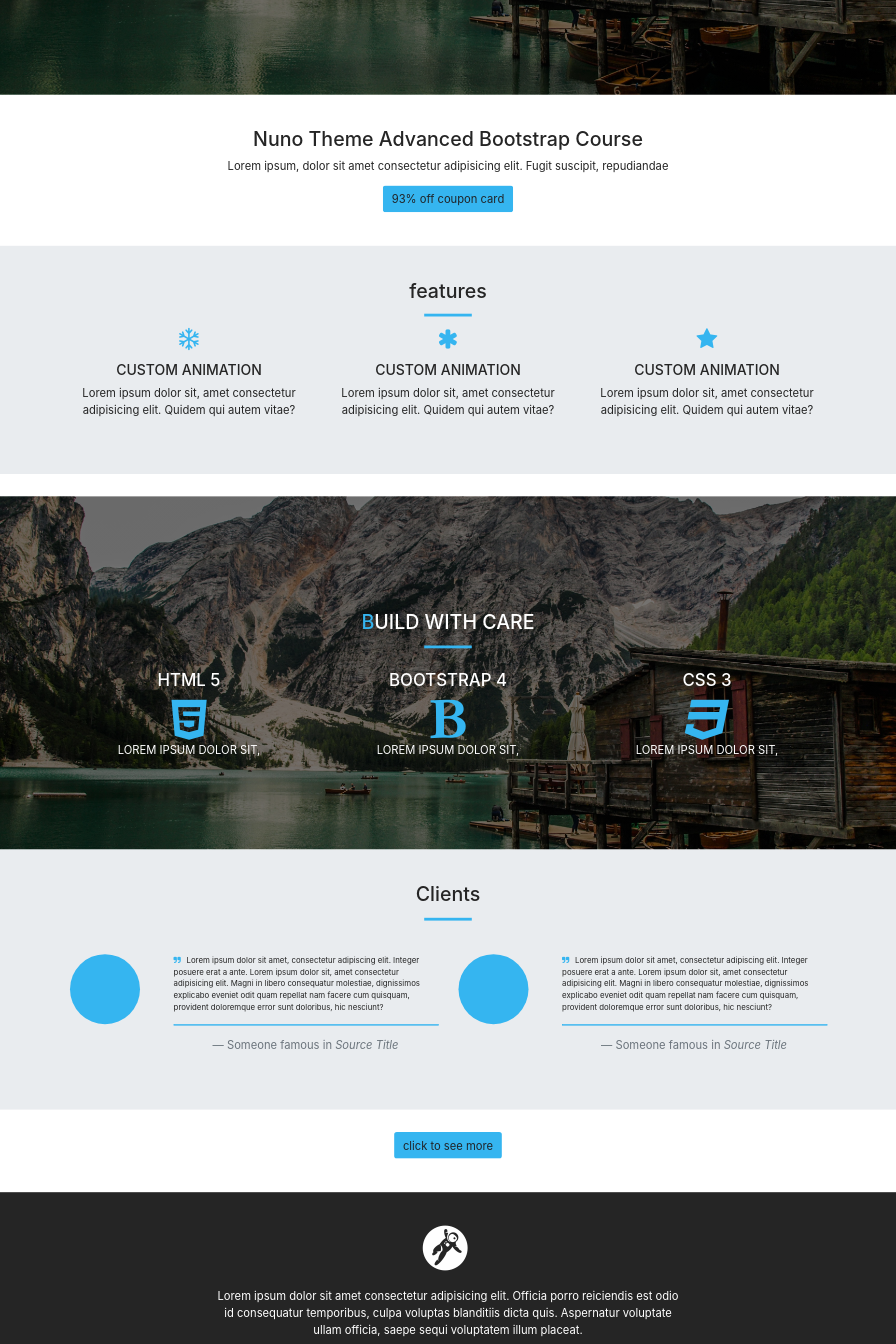
Repository: Mietlicha/bootstrap_template_exercise
Page: index.html
These files come from the project's save history. The page is drawn as it stood at one moment and after the next save; the edit follows.
The browser window is 1280 px wide. The pictures show the part of the page from y = 513 to 2433 px (the page is 2657 px tall), at 70% of full size.
Backgrounds fixed to the window are drawn as part of the page.

Above is the page before, as saved 2019-11-20 16:46:44.

### index.html
<!DOCTYPE html>
<html lang="en">

<head>
    <meta charset="UTF-8">
    <meta name="viewport" content="width=device-width, initial-scale=1.0">
    <meta http-equiv="X-UA-Compatible" content="ie=edge">
    <title>Bootstrap template</title>
    <link rel="stylesheet" href="https://stackpath.bootstrapcdn.com/bootstrap/4.3.1/css/bootstrap.min.css"
        integrity="sha384-ggOyR0iXCbMQv3Xipma34MD+dH/1fQ784/j6cY/iJTQUOhcWr7x9JvoRxT2MZw1T" crossorigin="anonymous">
    <link rel="stylesheet" href="style.css">
    <link rel="stylesheet" href="https://cdnjs.cloudflare.com/ajax/libs/font-awesome/4.7.0/css/font-awesome.min.css">
</head>

<body data-spy="scroll" data-target="#main-nav">
    <!--------------------nav/home-------------------------------------------------------------------->
    <nav id="main-nav" class="navbar navbar-expand-md navbar-dark bg-dark font-weight-bold fixed-top">
        <a class="navbar-brand" href="#"><i class="fa fa-grav mr-2" aria-hidden="true"></i>Nuno</a>
        <button class="navbar-toggler" type="button" data-toggle="collapse" data-target="#navbarSupportedContent"
            aria-controls="navbarSupportedContent" aria-expanded="false" aria-label="Toggle navigation">
            <span class="navbar-toggler-icon"></span>
        </button>

        <div class="collapse navbar-collapse" id="navbarSupportedContent">
            <ul class="navbar-nav ml-auto">
                <li class="nav-item">
                    <a class="nav-link" href="#home">Home</a>
                </li>
                <li class="nav-item">
                    <a class="nav-link" href="#course">Course</a>
                </li>
                <li class="nav-item">
                    <a class="nav-link" href="#feature">Features</a>
                </li>
                <li class="nav-item">
                    <a class="nav-link" href="#resources">Resorses</a>
                </li>
                <li class="nav-item">
                    <a class="nav-link" href="#client">Client</a>
                </li>
                <li class="nav-item">
                    <a class="nav-link" href="#contact">Contact</a>
                </li>
        </div>
    </nav>
<!--------------------main----------------------------------------------------------------->
<main>
    <!--------------------home-------------------->
    <section id="home">
        <div class="home--landing-page">
        </div>
        <div class="home--caption">
            <h1>Welcome to Nuno</h1>
            <h3>Udemy bootstrap course</h3>
        </div>
    </section>

    <!--------------------corse-------------------->
    <section id="course" class="container text-center mt-5 mb-5">
        <header><h3>Nuno Theme Advanced Bootstrap Course</h3></header>
        <p>Lorem ipsum, dolor sit amet consectetur adipisicing elit. Fugit suscipit, repudiandae
        </p>
        <a href="#" class="btn btn-md" target="_blnk">93% off coupon card</a>
    </section>
    <!--------------------feature-------------------->
    <section id="feature">
        <div class="jumbotron jumbotron-fluid text-center pt-5">
            <header><h3>features</h3></header>
            <hr>
            <div class="container d-md-flex">
                <div class="feature-item col-md-4">
                    <i class="fa fa-snowflake-o" aria-hidden="true"></i>
                    <h5 class="pt-3">custom animation</h5>
                    <p>Lorem ipsum dolor sit, amet consectetur adipisicing elit. Quidem qui autem vitae?</p>
                </div>
                <div class="feature-item col-md-4">
                        <i class="fa fa-asterisk" aria-hidden="true"></i>
                        <h5 class="pt-3">custom animation</h5>
                        <p>Lorem ipsum dolor sit, amet consectetur adipisicing elit. Quidem qui autem vitae?</p>
                </div>
                <div class="feature-item col-md-4">
                        <i class="fa fa-star" aria-hidden="true"></i>
                        <h5 class="pt-3">custom animation</h5>
                        <p>Lorem ipsum dolor sit, amet consectetur adipisicing elit. Quidem qui autem vitae?</p>
                </div>
            </div>
        </div>
    </section>
    <!--------------------Resourses-------------------->
    <section id="resources">
        <div class="bcg"></div>
        <div class="home--caption">
            <header><h3 class="text-center">Build with care</h3></header>
            <hr>
            <div class="container d-md-flex text-center">
                <div class="resources-item col-md-4">
                    <h5 class="pt-3">Html 5</h5>
                    <i class="fa fa-html5" aria-hidden="true"></i>
                    <p>Lorem ipsum dolor sit,</p>
                </div>
                <div class="resources-item col-md-4">
                    <h5 class="pt-3">Bootstrap 4</h5>
                    <i class="fa fa-bold" aria-hidden="true"></i>
                    <p>Lorem ipsum dolor sit,</p>
                </div>
                <div class="resources-item col-md-4">
                    <h5 class="pt-3">CSS 3</h5>
                    <i class="fa fa-css3" aria-hidden="true"></i>
                    <p>Lorem ipsum dolor sit,</p>
                </div>
            </div>
        </div>
    </section>
    <!--------------------Client-------------------->
    <section id="client">
        <section class="jumbotron jumbotron-fluid text-center pt-5">
            <header><h3>Clients</h3></header>
            <hr class="client__main-hr mb-5">
            <div class="container d-md-flex">
                <div class="client-item col-md-6 d-flex">
                    <div class="foto mr-5"></div>
                    <blockquote class="blockquote">
                        <p class="mb-0 text-left">Lorem ipsum dolor sit amet, consectetur adipiscing elit. Integer posuere erat a ante. Lorem ipsum dolor sit, amet consectetur adipisicing elit. Magni in libero consequatur molestiae, dignissimos explicabo eveniet odit quam repellat nam facere cum quisquam, provident doloremque error sunt doloribus, hic nesciunt?</p>
                        <hr class="client__blockquote-hr text-left">
                        <footer class="blockquote-footer">Someone famous in <cite title="Source Title">Source Title</cite></footer>
                    </blockquote>
                </div>
                <div class="client-item col-md-6 d-flex mt-4 mt-md-0">
                    <div class="foto mr-5"></div>
                    <blockquote class="blockquote">
                        <p class="mb-0 text-left">Lorem ipsum dolor sit amet, consectetur adipiscing elit. Integer posuere erat a ante. Lorem ipsum dolor sit, amet consectetur adipisicing elit. Magni in libero consequatur molestiae, dignissimos explicabo eveniet odit quam repellat nam facere cum quisquam, provident doloremque error sunt doloribus, hic nesciunt?</p>
                        <hr class="client__blockquote-hr text-left">
                        <footer class="blockquote-footer">Someone famous in <cite title="Source Title">Source Title</cite></footer>
                    </blockquote>
                </div>
            </div>
        </section>
        <aside class="text-center">
            <a class="btn btn-md" data-toggle="collapse" href="#collapseExample" role="button" aria-expanded="false" aria-controls="collapseExample">click to see more</a>
            <p class="collapse" id="collapseExample">Lorem ipsum dolor sit amet, consectetur adipisicing elit. Perspiciatis, molestiae.</p>
        </aside>
    </section>
    <!--------------------footer-------------------->
    <footer id="contact" class="text-center mt-5 pt-5 pb-5">
        <i class="fa fa-grav mr-2" aria-hidden="true"></i>
        </p><p class="col-md-6">Lorem ipsum dolor sit amet consectetur adipisicing elit. Officia porro reiciendis est odio id consequatur temporibus, culpa voluptas blanditiis dicta quis. Aspernatur voluptate ullam officia, saepe sequi voluptatem illum placeat.</p>
        <address>
            <p>
            Anna Kubiak<br>
            Stysia 41<br>
            Wrocław 303<br>
            </p>
        </address>
        <div class="socials d-flex justify-content-center">
            <i class="fa fa-facebook-square" aria-hidden="true"></i>
            <i class="fa fa-twitter-square" aria-hidden="true"></i>
            <i class="fa fa-youtube-square" aria-hidden="true"></i>
        </div>
        <hr>
        <small>copyright &copy; Anna Kubiak 2019</small>
    </footer>
</main>

    <script src="https://code.jquery.com/jquery-3.3.1.slim.min.js"
        integrity="sha384-q8i/X+965DzO0rT7abK41JStQIAqVgRVzpbzo5smXKp4YfRvH+8abtTE1Pi6jizo"
        crossorigin="anonymous"></script>
    <script src="https://cdnjs.cloudflare.com/ajax/libs/popper.js/1.14.7/umd/popper.min.js"
        integrity="sha384-UO2eT0CpHqdSJQ6hJty5KVphtPhzWj9WO1clHTMGa3JDZwrnQq4sF86dIHNDz0W1"
        crossorigin="anonymous"></script>
    <script src="https://stackpath.bootstrapcdn.com/bootstrap/4.3.1/js/bootstrap.min.js"
        integrity="sha384-JjSmVgyd0p3pXB1rRibZUAYoIIy6OrQ6VrjIEaFf/nJGzIxFDsf4x0xIM+B07jRM"
        crossorigin="anonymous"></script>
</body>

</html>

### style.css
:root{
--main-colour: rgb(53, 181, 240);
--bcg-main-colour:  rgb(37, 37, 37);
font-size: 14px;
}

body{
    position: relative;
    color: var(--bcg-main-colour);
}

section:not(#home)::before{
    content: "";
    display: block;
    height: 4rem;
    margin-top: -4rem;
}

/************************NAV******************************************/
.bg-dark {
    background-color: #0a0a0a60!important;
}

.navbar-dark .navbar-nav .nav-link:hover{
    color: rgb(255, 255, 255);
}

.nav-link{
    padding: 0 7rem;
}

#main-nav {
text-transform: uppercase;
}

#main-nav .navbar-brand{
    font-size: 1.5rem;
}

#main-nav .navbar-brand i{
    color: var(--main-colour);
}

.navbar-dark .navbar-nav .nav-link.active{
    color: var(--main-colour);
    font-weight: bold;
}

.navbar-dark .navbar-nav .nav-link{
    padding-top: .9rem;
}

/************************Home******************************************/
#home{
    position: relative;
}

.home--landing-page{
    background: linear-gradient(rgba(0, 0, 0, 0.534), rgba(0, 0, 0, 0.534)), url(img/tlo.jpg) center/cover no-repeat;
    background-attachment: fixed;
    width: 100vw;
    height: 90vh;
}

.home--caption{
    width: 100%;
    position: absolute;
    top: 40%;
    z-index: 3;
    text-align: center;
    color: #fff;
    text-transform: uppercase;
}

.home--caption h1{
    font-size: 4rem;
}

.home--caption h1::first-letter, .home--caption h3::first-letter{
    color: var(--main-colour);
}

/************************Course******************************************/
#course .btn{
    background-color: var(--main-colour);
}

/************************Feature******************************************/
#feature hr{
    width: 5%;
    border: 2px solid var(--main-colour);
}

#feature i{
    color: var(--main-colour);
    font-size: 2rem;
}

#feature .feature-item h5{
    text-transform: uppercase;
}

/************************Resources******************************************/
#resources{
/* min-height: 70vh; */
position: relative;
}

#resources .bcg{
    /* position: absolute; */
    /* top:0;
    right: 0; */
    width: 100%;
    height: 70vh;
    background-attachment: fixed;
    background: linear-gradient(rgba(0, 0, 0, 0.534), rgba(0, 0, 0, 0.534)), url(img/tlo.jpg) center/cover no-repeat;
}

#resources h5{
    font-size: 1.5rem;
    text-transform: uppercase;
}

#resources i{
    color: var(--main-colour);
    font-size: 4rem;
}

#resources hr{
    width: 5%;
    border: 2px solid var(--main-colour);
}

#resourses .fixed{
    background: url(img/feature.jpg);
    /* height: 10vh; */
}

/************************Clients******************************************/
.client__main-hr{
    width: 5%;
    border: 2px solid var(--main-colour);
}

#client .foto{
    min-width: 100px;
    min-height: 100px;
    max-width: 100px;
    max-height: 100px;
    border-radius: 50%;
    background-color: var(--main-colour);
}

#client blockquote p::before{
    content: "\f10e ";
    font-family: FontAwesome;
    color: var(--main-colour);
    padding-right: 0.5rem;
}

.client__blockquote-hr{
    border: 0.5px solid var(--main-colour);
    width: 100%;
}


#client blockquote p{
    font-size: 0.7rem;
}

#client .btn {
    background-color: var(--main-colour);
}

/************************Contact******************************************/

#contact{
    background-color: var(--bcg-main-colour);
    color: #fff;
}

#contact > i{
    font-size: 4rem;
    padding-bottom: 0.5rem;
}

#contact .socials i{
    padding: 0 0.5rem;
    font-size: 1.5rem;
}

#contact hr{
    border: 0;
    height: 1px;
    background-image: linear-gradient(to right, rgba(0, 0, 0, 0), rgba(253, 253, 253, 0.75), rgba(0, 0, 0, 0));
}

#contact >p{
    max-width: 700px;
    margin: 1rem auto;
}

@media (min-width: 500px){
    :root{
        font-size: 16px;
    }
    }

    @media (min-width: 768px){
    .navbar-expand-md .navbar-nav .nav-link {
        padding-right: .9rem;
        padding-left: .9rem;
        padding-top: 0;
    }
    }

After the next save:
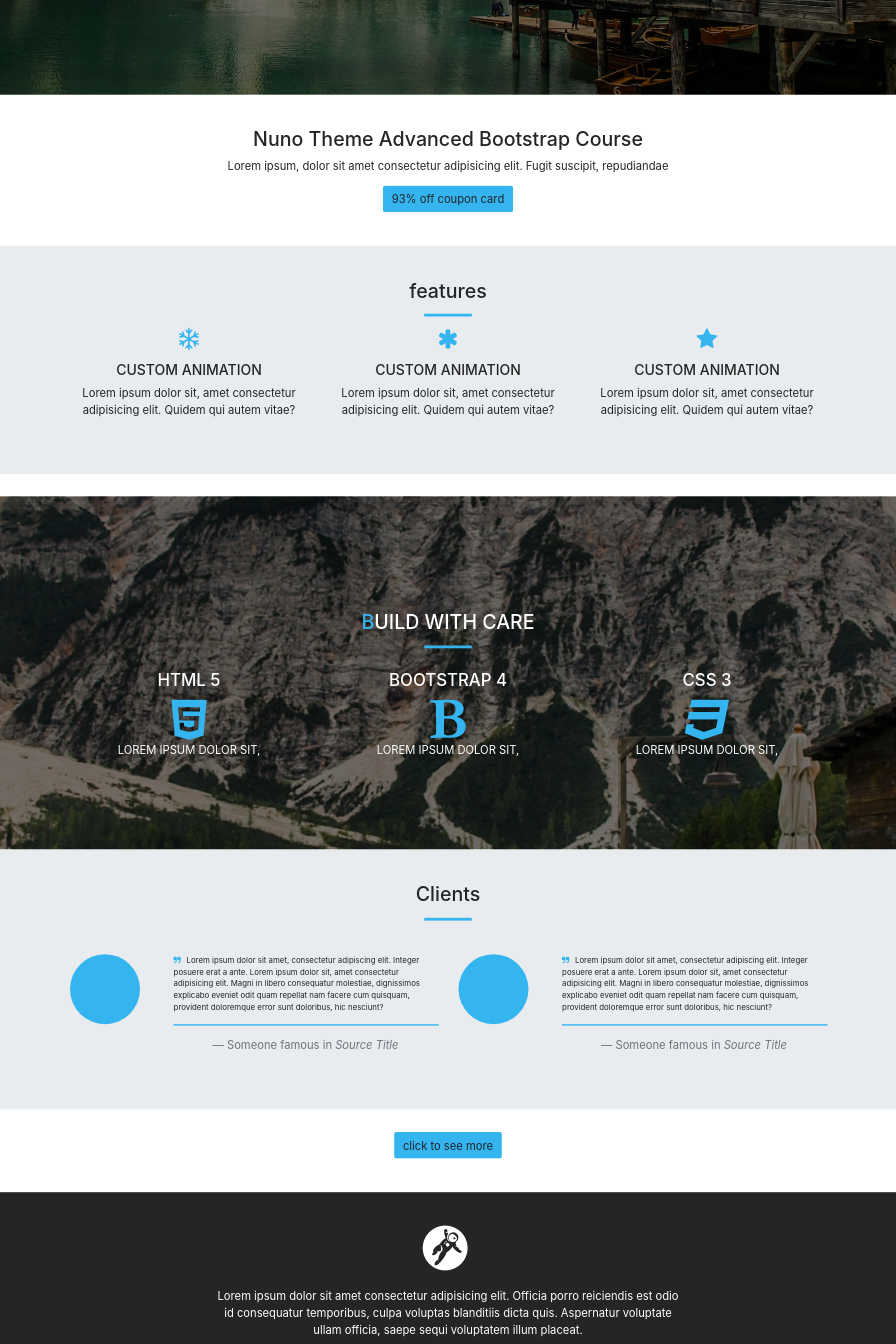
Saved 46 s later.
--- a/style.css
+++ b/style.css
@@ -113,7 +113,7 @@
     width: 100%;
     height: 70vh;
     background-attachment: fixed;
-    background: linear-gradient(rgba(0, 0, 0, 0.534), rgba(0, 0, 0, 0.534)), url(img/tlo.jpg) center/cover no-repeat;
+    background: linear-gradient(rgba(0, 0, 0, 0.534), rgba(0, 0, 0, 0.534)), url(img/tlo.jpg) center no-repeat;
 }
 
 #resources h5{

After the save that followed:
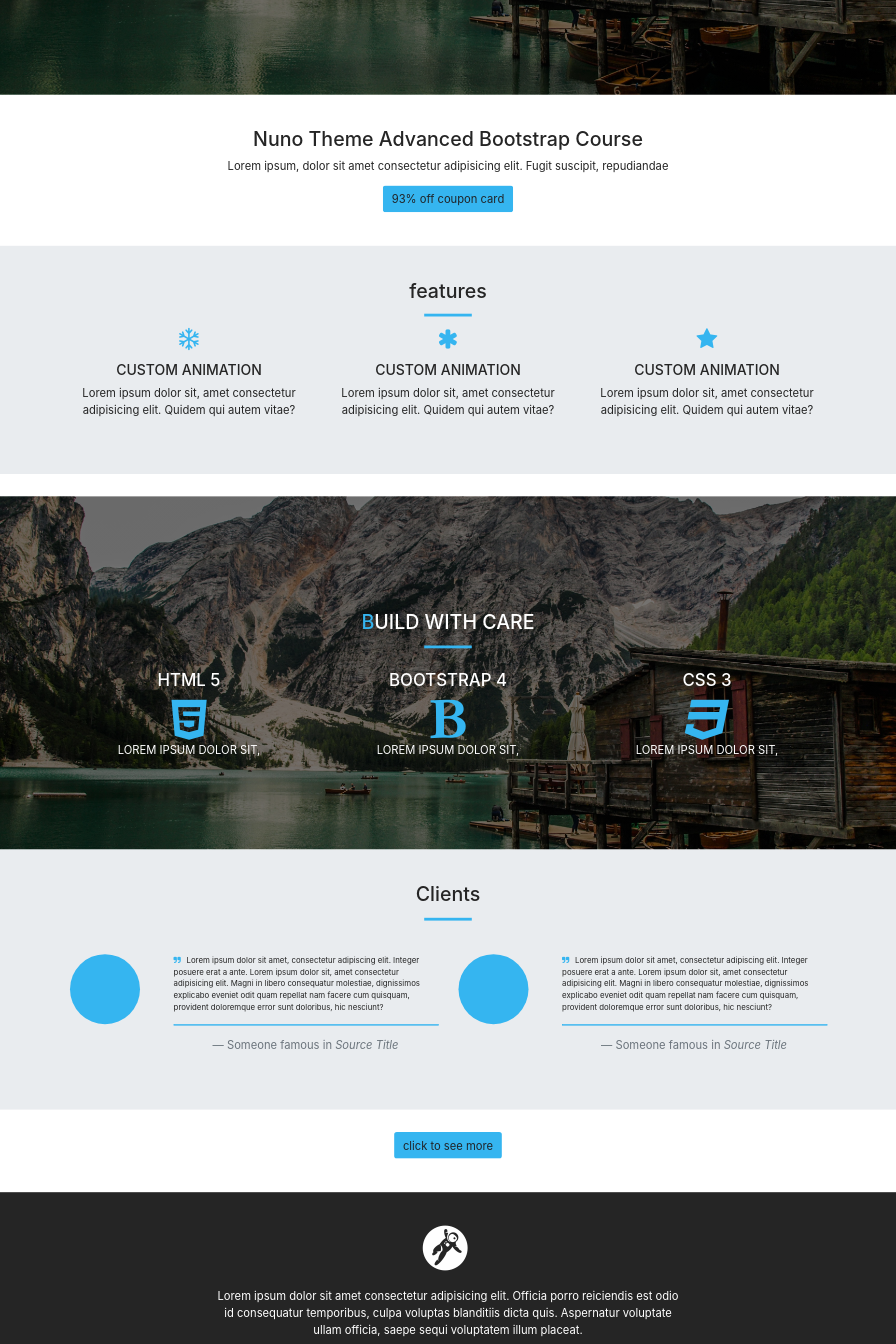
Saved 13 s later.
--- a/style.css
+++ b/style.css
@@ -113,7 +113,7 @@
     width: 100%;
     height: 70vh;
     background-attachment: fixed;
-    background: linear-gradient(rgba(0, 0, 0, 0.534), rgba(0, 0, 0, 0.534)), url(img/tlo.jpg) center no-repeat;
+    background: linear-gradient(rgba(0, 0, 0, 0.534), rgba(0, 0, 0, 0.534)), url(img/tlo.jpg) center/cover no-repeat;
 }
 
 #resources h5{
